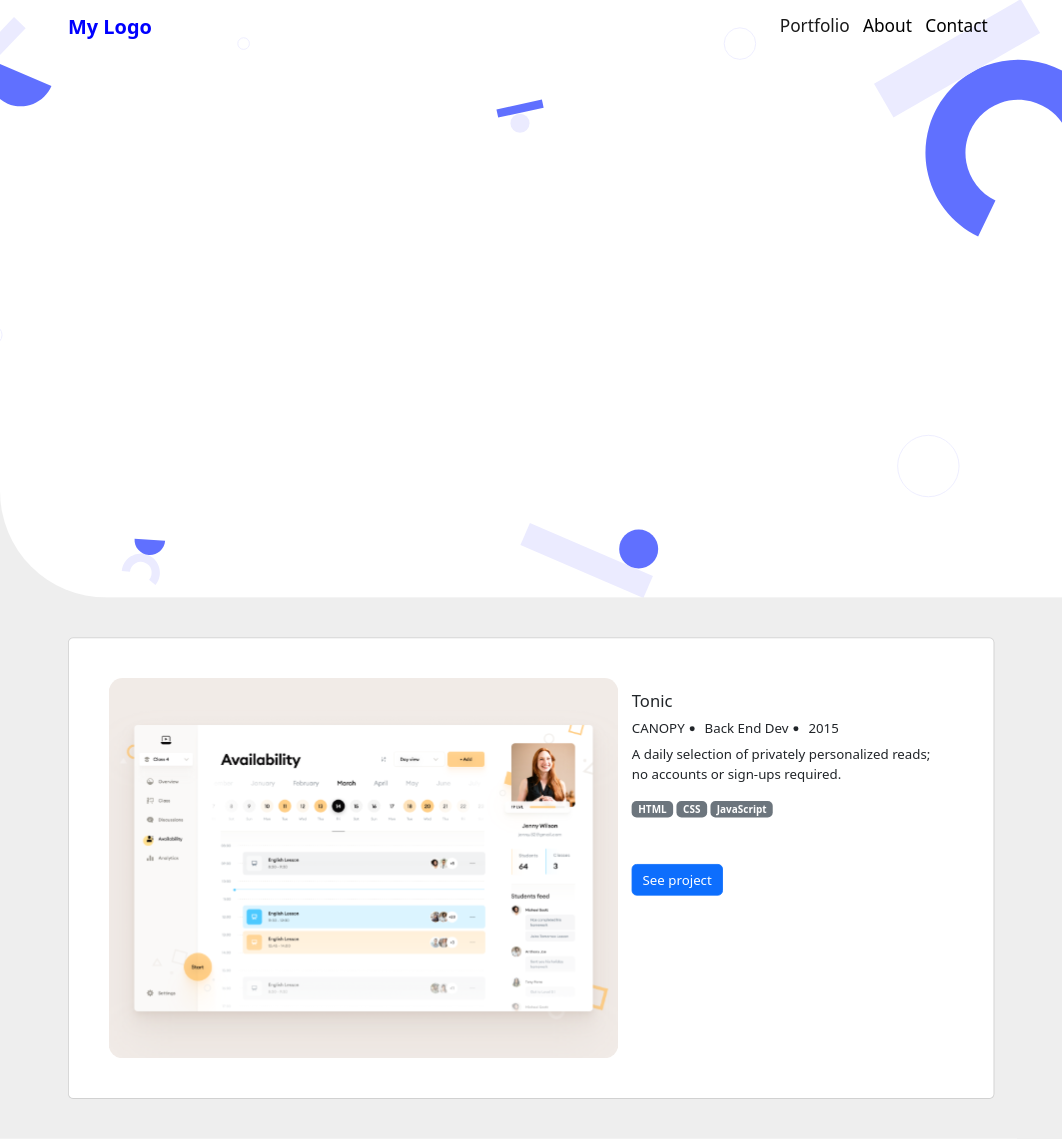
Repository: waelelsafty07/Bootstrap-Portfolio
Page: index.html
The author's editor kept a copy of each file at every save. The page is drawn from the files as they stood at one save, then again after a run of saves.
The browser window is 1280 px wide. The pictures show the whole page, at 83% of full size.

Above is the page before, as saved 2023-04-04 16:58:00.

After the next 3 saves:
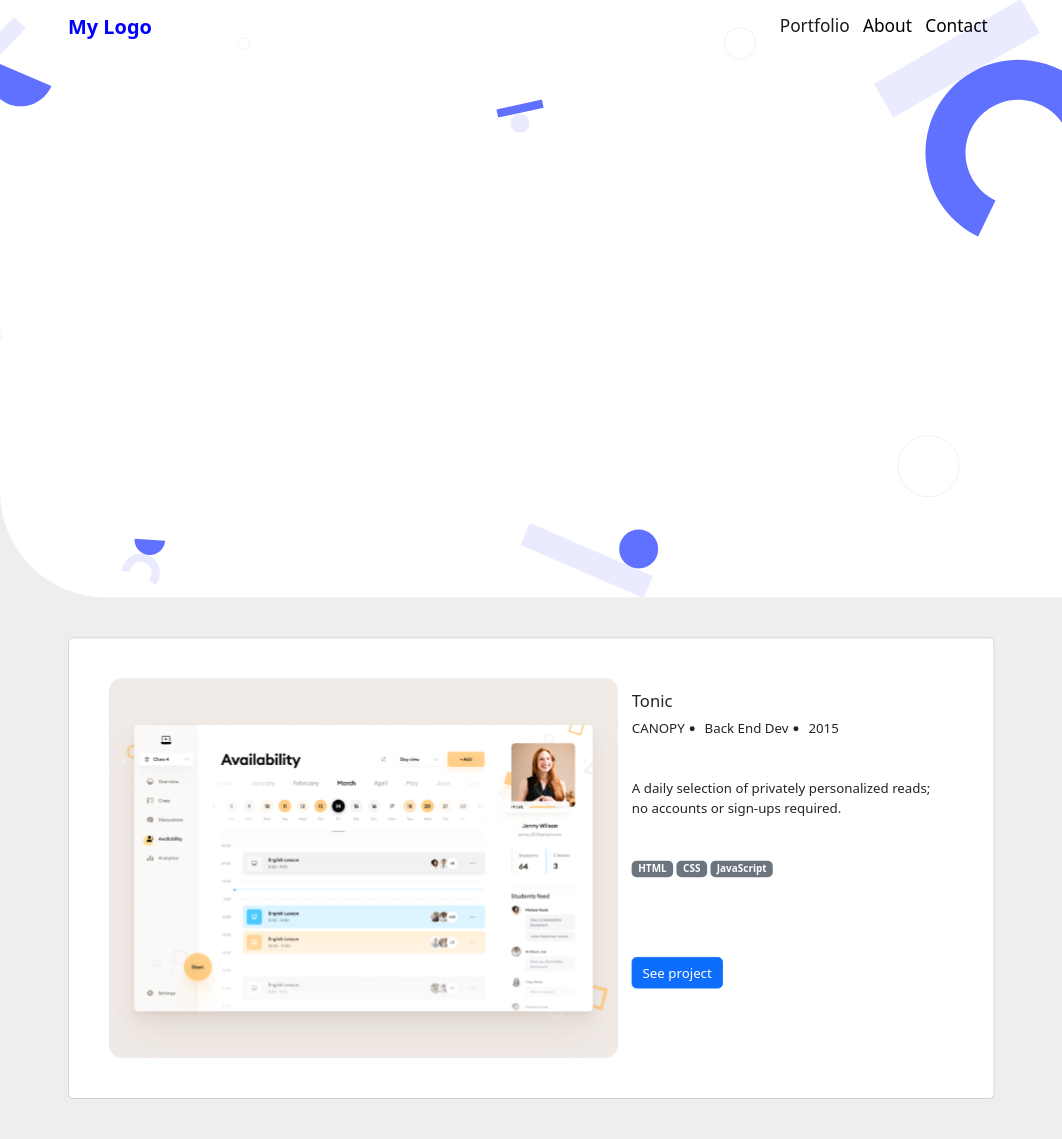
The 3 saves are shown as one change because they came seconds apart.
The last was saved 12 s later.
--- a/index.html
+++ b/index.html
@@ -44,8 +44,8 @@
                 <li class="ms-4">Back End Dev</li>
                 <li class="ms-4">2015</li>
               </ul>
-              <p class="card-text">A daily selection of privately personalized reads; no accounts or sign-ups required.</p>
-              <ul class="list-unstyled my-2">
+              <p class="card-text my-5">A daily selection of privately personalized reads; no accounts or sign-ups required.</p>
+              <ul class="list-unstyled my-5">
                 <li class="badge bg-secondary">HTML</li>
                 <li class="badge bg-secondary">CSS</li>
                 <li class="badge bg-secondary">JavaScript</li>
